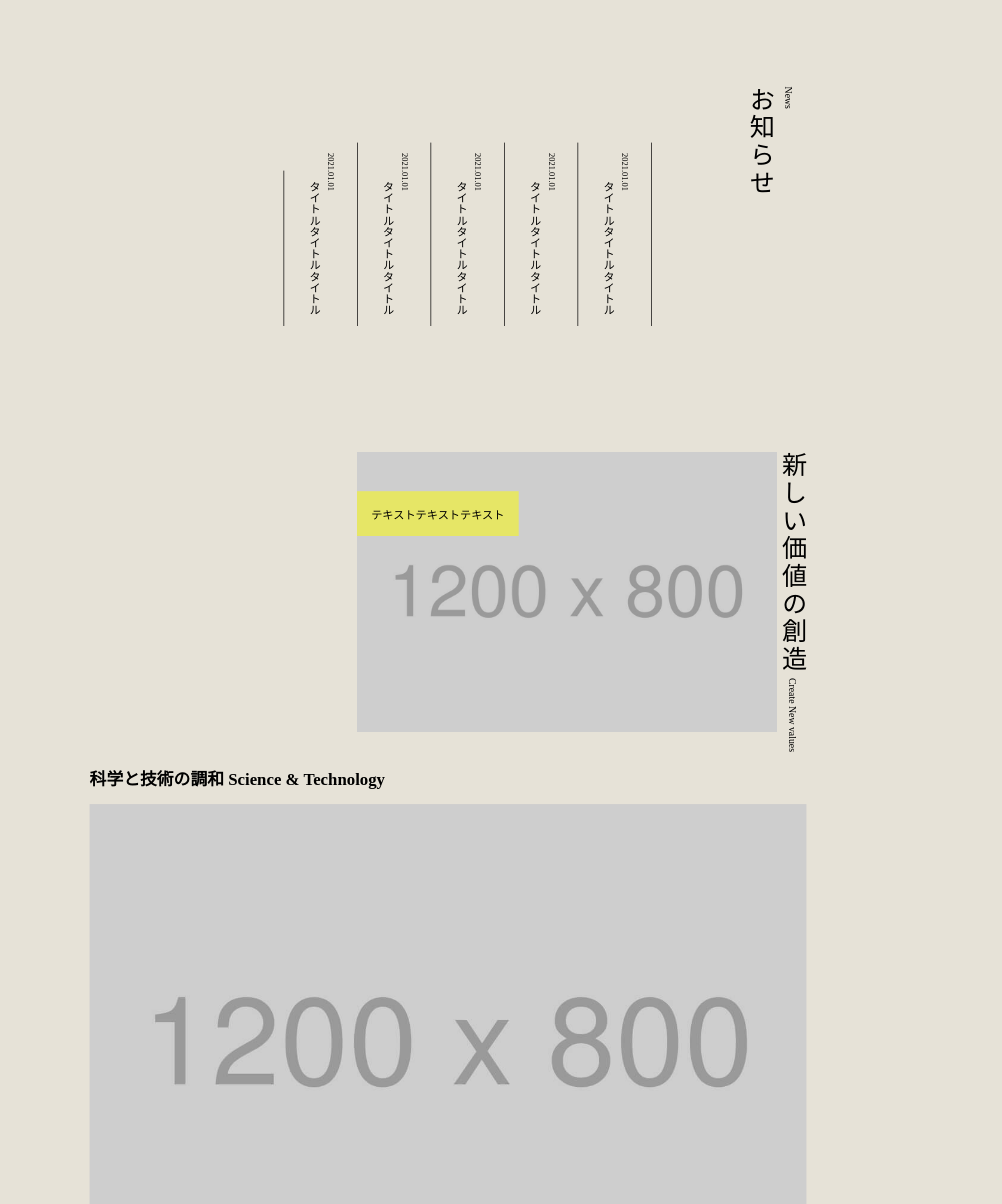
Repository: Fuki-san/wagashi
Page: http://localhost/wagashi
These files come from the project's save history. The page is drawn as it stood at one moment and after a run of saves; the edit follows.
The browser window is 1280 px wide. The page is 1432 px wide, so the pictures cover 1432 px, including what lies to the right of the window. The pictures show the part of the page from y = 904 to 2624 px (the page is 3636 px tall), at 70% of full size.
The page is served by the project's Laravel application, run on PHP 8.4 with Laravel 10. Other server files are loaded and not shown.

Above is the page before, as saved 2023-12-09 16:26:12.

### routes/web.php
<?php

use Illuminate\Support\Facades\Route;
use Spatie\FlareClient\View;

/*
|--------------------------------------------------------------------------
| Web Routes
|--------------------------------------------------------------------------
|
| Here is where you can register web routes for your application. These
| routes are loaded by the RouteServiceProvider and all of them will
| be assigned to the "web" middleware group. Make something great!
|
*/

Route::get('/', function () {
    return view('welcome');
});

Route::get('wagashi', function() {
    return View('wagashi');
})->name('wagashi');

### resources/views/wagashi.blade.php
@extends('layouts.main')

@section('title', 'wagashi')

@section('content')
    <header id="header">
        <h1 class="site-title"><a href="#"><img src="img/logo.svg" alt=""></a></h1>
        <nav id="nav">
            <ul>
                <li><a href="#news">お知らせ</a></li>
                <li><a href="#products1">商品のご紹介</a></li>
                <li><a href="#shop">店舗のご案内</a></li>
            </ul>
        </nav>

        <div class="onlinestore">
            <a href="#" target="_blank" rel="noopener noreferrer">オンラインストアで見る</a>
        </div>
    </header>

    <main>
        <section id="news" class="wrapper">
                <h2 class="sec-title">
                    <span class="en">News</span>
                    <span class="ja">お知らせ</span>
                </h2>
                <dl class="list">
                    <dt>2021.01.01</dt>
                    <dd>タイトルタイトルタイトル</dd>
                    <dt>2021.01.01</dt>
                    <dd>タイトルタイトルタイトル</dd>
                    <dt>2021.01.01</dt>
                    <dd>タイトルタイトルタイトル</dd>
                    <dt>2021.01.01</dt>
                    <dd>タイトルタイトルタイトル</dd>
                    <dt>2021.01.01</dt>
                    <dd>タイトルタイトルタイトル</dd>
                </dl>
        </section>

        <section id="products1" class="wrapper products">
                <h2 class="sec-title">
                    <span class="ja">新しい価値の創造</span>
                    <span class="en">Create New values</span>
                </h2>
                <div class="img">
                    <img src="img/products1.jpg" alt="">
                    <p class="text">テキストテキストテキスト</p>
                </div>
        </section>

        <section id="products2" class="wrapper products">
                <h2 class="sec-title">
                    <span class="ja">科学と技術の調和</span>
                    <span class="en">Science & Technology</span>
                </h2>
                <div class="img">
                    <img src="img/products2.jpg" alt="">
                    <p class="text">テキストテキストテキスト</p>
                </div>
        </section>

        <div id="shop">
            <iframe
                src="https://www.google.com/maps/embed?pb=!1m18!1m12!1m3!1d3239.6566078781802!2d139.80812547512744!3d35.710067028390604!2m3!1f0!2f0!3f0!3m2!1i1024!2i768!4f13.1!3m3!1m2!1s0x60188ed0d12f9adf%3A0x7d1d4fb31f43f72a!2z5p2x5Lqs44K544Kr44Kk44OE44Oq44O8!5e0!3m2!1sja!2sjp!4v1702090119178!5m2!1sja!2sjp"
                width="600" height="450" style="border:0;" allowfullscreen="" loading="lazy"
                referrerpolicy="no-referrer-when-downgrade" width="100%"></iframe>
        </div>
    </main>

    <footer id="footer">
        <div class="flex">
            <div class="left">
                <p><a href="#">オンラインストアで見る</a> | <a href="#">お問い合わせ</a></p>
            </div>
            <div class="right">
                <div class="logo"><img src="img/logo.svg" alt=""></div>
                <p class="info">
                    〒06-0032...<br>
                    電話: <a href="tel:03///"></a></p>
                <ul class="menu">
                    <li><a href="#news">お知らせ</a></li>
                    <li><a href="#products1">商品のご紹介</a></li>
                    <li><a href="#shop">店舗のご案内</a></li>
                </ul>
            </div>
        </div>
        <p class="cpright">&copy; SOUSAKU</p>
    </footer>
@endsection

### resources/views/layouts/main.blade.php
<!DOCTYPE html>
<html lang="ja">
<head>
    <meta charset="UTF-8">
    <meta name="viewport" content="width=device-width, initial-scale=1.0">
    <meta http-equiv="X-UA-Compatible" content="ie=edge">
    <link rel="stylesheet" href="{{ asset('css/reset.css') }}">
    <link rel="stylesheet" href="{{ asset('css/style.css') }}">
    <link rel="icon" href="img/favicon.ico">
    <title>@yield('title')</title>
</head>
<body>
    @yield('content')
</body>
</html>

### public/css/style.css
@charset "UTF-8";
html{
    font-size: 100%;
}
body{
    color: #000;
    font-family: 'Noto serif JP', serif;
    background-color: #e6e2d7;
}
img{
    max-width: 100%;
    vertical-align: bottom;
}
a{
    text-decoration: none;
    color: #fff;
}
li{
    list-style: none;
}

.site-title a{
    display: block;
}

.site-title{
    line-height: 1px;
    margin-left: 60px;
}

.site-title img{
    width: 40px;
}
.wrapper{
    width: 100%;
    max-width: 1024px;
    margin: 0 auto;
    padding: 0 20px;
}
/* headerr */

#header{
    height: 100vh;
    width: 100%;
    background-image: url(../img/mainvisual-pc.jpg);
    background-position: top center;
    background-size: cover;
    background-repeat: no-repeat;
    margin-bottom: 180px;
    padding: 60px 80px;

    position: relative;

    writing-mode: vertical-rl;
    -ms-writing-mode: vertical-rl;
    -moz-writing-mode: vertical-rl;
    -webkit-writing-mode: vertical-rl;
}
#header .onlinestore{
    position: absolute;
    bottom: 30px;
    left: 40px;
    background-color: rgba(255, 255, 255, 0.2);
    padding: 8px;
}
.onlinestore a{
    display: block;
    border: 1px solid #ccc;
    padding: 30px 18px;
}
#header a:hover{
    opacity: 0.7;
}
#header #nav li{
    margin-left: 25px;
}

/* newsss */

#news{
    margin-bottom: 180px;
    display: flex;
    flex-direction: row-reverse;
}
#news .sec-title{
    writing-mode: vertical-rl;
    -moz-writing-mode: vertical-rl;
    -webkit-writng-mode: vertical-rl;
    -ms-wrinting-mode: tb-rl;

    font-weight: normal;
    line-height: 1;
    /* margin-left: 50px; */
}
#news .sec-title .en{
    display: block;
    font-size: 0.875rem;
    margin-left: 15px;
}
#news .sec-title .ja{
    display: block;
    font-size: 2.25rem;
    letter-spacing: 0.1em;
}
#news .list{
    writing-mode: vertical-rl;
    -moz-writing-mode: vertical-rl;
    -webkit-writng-mode: vertical-rl;
    -ms-wrinting-mode: tb-rl;
    padding: 80px 100px 0 0;
}
#news .list dt{
    border-right: solid 1px #000;
    font-size: 0.75rem;
    padding: 15px 30px 15px 5px;
}
#news .list dd{
    padding: 15px 0 15px 30px;
}

#news .list dd:last-child{
    border-left: solid 1px #000;
}

/* produ */
#products1{
    display: flex;
    flex-direction: row-reverse;
}
#products1 .sec-title{
    writing-mode: vertical-rl;
    -moz-writing-mode: vertical-rl;
    -webkit-writng-mode: vertical-rl;
    -ms-wrinting-mode: tb-rl;

    line-height: 1px;
    font-weight: normal;
}
#products1 .ja{
    font-size: 2.25rem;
    letter-spacing: 0.1em;
}
#products1 .en{
    font-size: 0.875rem;
}
#products1 .img{
    width: 600px;

    position: relative;
}
#products1 .img .text{
    background-color: rgba(255, 255, 0, 0.5);
    padding: 20px;
    position: absolute;
    top: 40px;
}

### public/img/logo.svg
<?xml version="1.0" encoding="utf-8"?>
<!-- Generator: Adobe Illustrator 15.1.0, SVG Export Plug-In . SVG Version: 6.00 Build 0)  -->
<!DOCTYPE svg PUBLIC "-//W3C//DTD SVG 1.1//EN" "http://www.w3.org/Graphics/SVG/1.1/DTD/svg11.dtd">
<svg version="1.1" id="レイヤー_1" xmlns="http://www.w3.org/2000/svg" xmlns:xlink="http://www.w3.org/1999/xlink" x="0px"
	 y="0px" width="57.4775391px" height="131.578125px" viewBox="0 0 57.4775391 131.578125"
	 style="enable-background:new 0 0 57.4775391 131.578125;" xml:space="preserve">
<style type="text/css">
<![CDATA[
	.st0{fill:#FFFFFF;}
]]>
</style>
<g>
	<path class="st0" d="M28.3789063,35.8789063l6.5400391,4.859375c-0.3603516,0.4804688-1.2001953,1.0800781-2.3398438,1.2607422
		v12.0595703c-0.0605469,0.359375-3.4199219,1.5-5.5195313,1.5h-1.0800781v-3.6601563H15.2998047v2.6992188
		c0,0.4208984-1.9199219,1.8007813-5.1601563,1.8007813H9.0595703v-10.5
		c-1.7392578,3.2402344-4.2597656,6.2998047-7.9189453,8.8798828l-0.6005859-0.6005859c5.5205078-8.21875,6-18.4785156,6-26.7587891
		v-9.1191406c-1.9199219,1.3798828-3.9599609,2.5800781-6.0595703,3.6591797L0,21.4199219
		C6.1796875,15.6601563,11.3994141,6.4199219,13.5,0l9.7197266,1.9804688
		c-0.2402344,0.7197266-0.7802734,1.0800781-2.3398438,1.3193359c20.5185547,3.7207031,13.3789063,15.9599609,7.9189453,11.8798828
		c-0.9599609-3.4199219-4.0195313-7.9794922-8.5195313-11.2792969c-2.0400391,3.1796875-4.7392578,6.5390625-7.9794922,9.6591797
		H19.5l2.9990234-3.8398438c0,0,3.4804688,2.6396484,5.5800781,4.5595703
		c-0.1796875,0.6601563-0.7802734,0.9609375-1.6201172,0.9609375H11.7001953l-0.2402344-0.9003906
		c-1.1396484,1.0195313-2.3398438,2.0400391-3.5400391,2.9394531l6,2.2207031h10.9189453l3.0605469-3.3603516L34.4384766,21
		c-0.359375,0.4794922-1.2597656,1.0195313-2.4599609,1.3193359v11.9394531
		c-0.0595703,0.3603516-3.359375,1.5605469-5.4589844,1.5605469h-1.0800781v-1.8007813H12.5400391
		C12.4199219,35.21875,12.2402344,36.4189453,12,37.6787109l4.0800781,1.5595703h9.2988281L28.3789063,35.8789063z
		 M25.4394531,32.3388672v-4.6796875H12.8994141c0,1.4404297-0.0595703,3-0.1796875,4.6796875H25.4394531z M12.8994141,21.1796875
		v4.7998047h12.5400391v-4.7998047H12.8994141z M25.9794922,50.1582031v-9.2392578H15.2998047v9.2392578H25.9794922z
		 M43.2587891,41.7587891c0,0.6601563-2.6396484,1.859375-4.9199219,1.859375h-1.1396484V5.2197266L45.2988281,6
		c-0.1201172,0.7802734-0.6005859,1.3203125-2.0400391,1.5605469V41.7587891z M56.7578125,2.1005859
		C56.578125,3,55.9785156,3.6005859,54.5380859,3.7802734v44.8183594c0,4.6796875-0.9599609,7.3193359-8.4599609,8.0390625
		c-0.1796875-2.0996094-0.4794922-3.6591797-1.3798828-4.7392578c-0.9599609-1.0205078-2.2197266-1.7998047-5.0996094-2.2197266
		v-0.8408203c0,0,5.9394531,0.3603516,7.2001953,0.3603516c0.9599609,0,1.2597656-0.2998047,1.2597656-1.0800781V1.2001953
		L56.7578125,2.1005859z"/>
	<path class="st0" d="M17.4599609,94.0800781c-0.1806641,0.5390625-0.7207031,0.9589844-1.8603516,1.1992188v34.2587891
		c-0.1201172,0.5400391-3,2.0400391-5.7597656,2.0400391H8.5195313v-31.3789063
		c-2.3994141,2.7597656-4.9794922,5.1601563-7.7392578,7.2001953l-0.7197266-0.5400391
		c5.3398438-7.5,10.9189453-19.6796875,13.9189453-31.6787109l9.5400391,3.1796875
		c-0.2998047,0.7802734-1.0800781,1.2597656-2.4003906,1.2001953c-2.0400391,4.859375-4.3798828,9.2988281-6.9589844,13.3193359
		L17.4599609,94.0800781z M39.9589844,89.7597656v11.0996094h4.7998047l3.6591797-4.7998047
		c0,0,4.140625,3.2998047,6.7197266,5.5800781c-0.1796875,0.6591797-0.8398438,0.9599609-1.6796875,0.9599609H39.9589844v11.3388672
		h5.1591797l4.0205078-5.2197266c0,0,4.4394531,3.5400391,7.1992188,5.9404297
		c-0.1796875,0.6591797-0.8398438,0.9599609-1.7402344,0.9599609H39.9589844v14.0390625
		c0,0.4199219-2.2207031,1.859375-5.9404297,1.859375h-1.3193359V89.7597656h-1.4404297
		c-3.8994141,5.8798828-8.3994141,10.6796875-13.4394531,14.2792969l-0.6601563-0.4794922
		c4.6201172-6.7802734,9.6601563-17.6992188,12.3603516-28.3193359l9.6591797,3.4199219
		c-0.2998047,0.7802734-1.0800781,1.2597656-2.4599609,1.1396484c-1.3798828,2.9404297-2.8203125,5.7597656-4.4394531,8.3398438
		h14.0996094l3.9589844-5.1591797c0,0,4.4404297,3.4794922,7.1396484,5.8193359
		c-0.1796875,0.6601563-0.8398438,0.9599609-1.6796875,0.9599609H39.9589844z"/>
</g>
</svg>

After the next 2 saves:
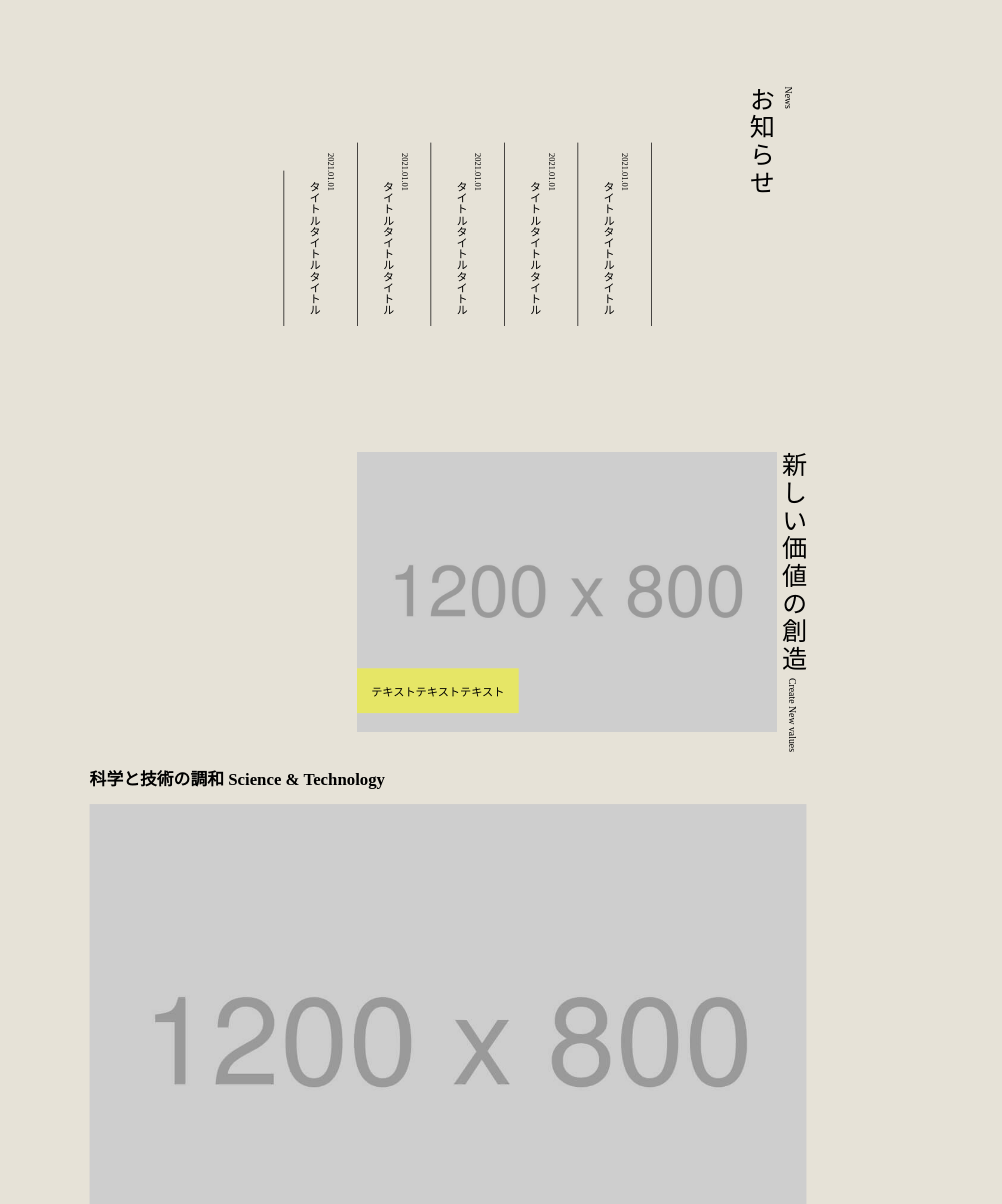
The 2 saves are shown as one change because they came seconds apart.
The last was saved 9 s later.
--- a/public/css/style.css
+++ b/public/css/style.css
@@ -152,5 +152,6 @@ li{
     background-color: rgba(255, 255, 0, 0.5);
     padding: 20px;
     position: absolute;
-    top: 40px;
+    bottom: 40px;
+
 }
